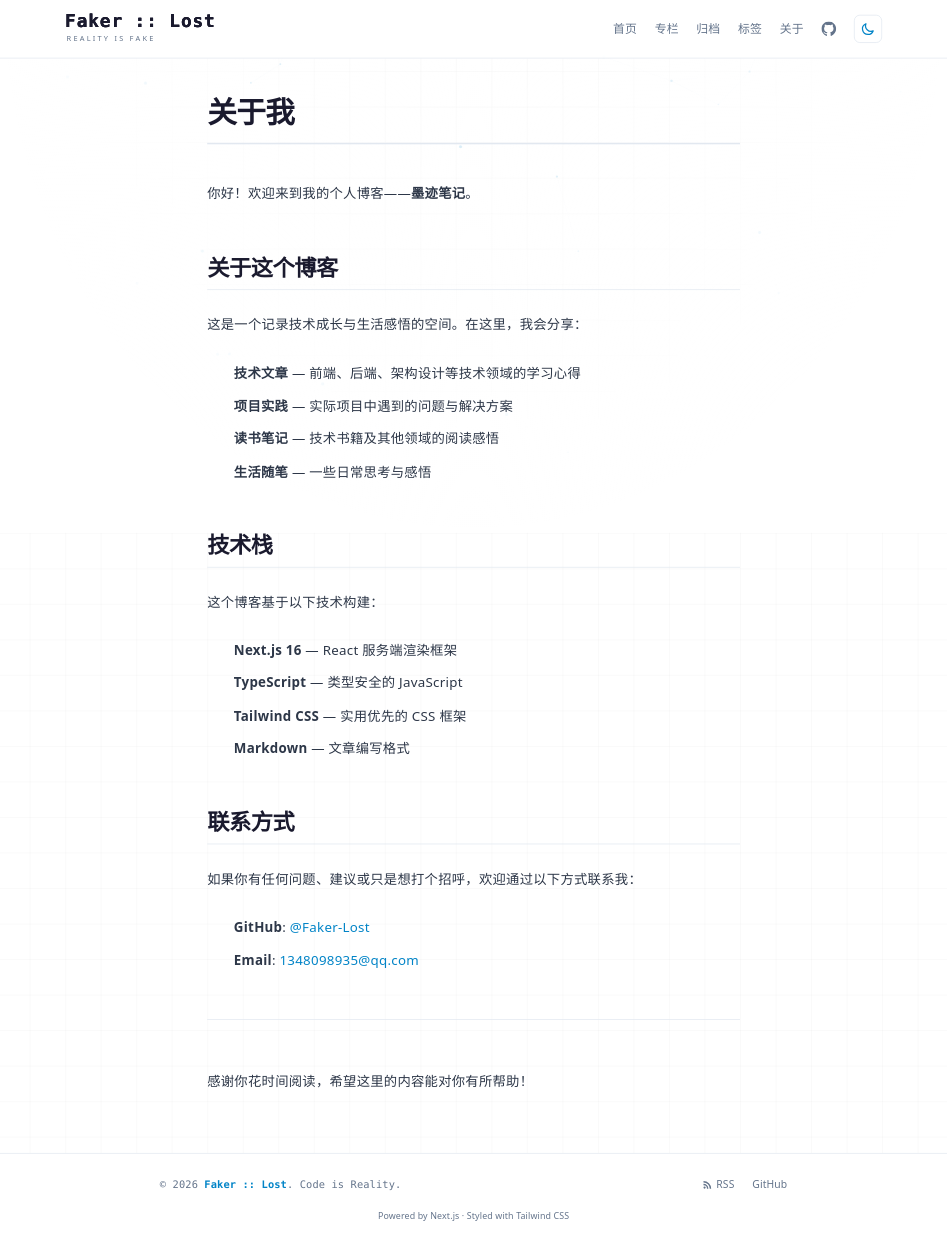
Repository: Faker-Lost/my-blog
Page: /about
These files come from the project's save history. The page is drawn as it stood at one moment and after the next save; the edit follows.
The browser window is 1280 px wide. The pictures show the whole page, at 74% of full size.
The project was rebuilt for these pictures with package versions that can differ from the ones it lists, and the page was loaded fresh each time. The framework's server and built-in components were replaced by stand-ins that run in the browser. Also part of the build but not shown: next.config.ts.

Above is the page before, as saved 2026-02-10 15:21:52.

### app/layout.tsx
import type { Metadata } from "next";
import { Inter } from "next/font/google";
import Header from "@/components/Header";
import Footer from "@/components/Footer";
import ParticleBackground from "@/components/ParticleBackground";
import { SpeedInsights } from "@vercel/speed-insights/next";
import "./globals.css";

// 使用 Inter 字体 —— 现代、清晰、跨平台一致
const inter = Inter({
  subsets: ['latin'],
  variable: '--font-inter',
  display: 'swap',
});

export const metadata: Metadata = {
  title: {
    default: "Faker :: Lost",
    template: "%s | Faker :: Lost",
  },
  description: "Code is Reality. Reality is Fake. 技术探索与迷失记录。",
  keywords: ["Faker-Lost", "博客", "技术", "C++", "Qt", "OpenCV"],
  authors: [{ name: "Faker-Lost" }],
  openGraph: {
    type: "website",
    locale: "zh_CN",
    siteName: "Faker :: Lost",
  },
  verification: {
    other: {
      "baidu-site-verification": "codeva-wALds0TuPo",
    },
  },
};

export default function RootLayout({
  children,
}: Readonly<{
  children: React.ReactNode;
}>) {
  return (
    <html lang="zh-CN" suppressHydrationWarning>
      <head>
        {/* 防止 FOUC - 提前应用主题 */}
        <script
          dangerouslySetInnerHTML={{
            __html: `
              (function() {
                try {
                  var darkMode = localStorage.getItem('darkMode');
                  if (darkMode === 'true' || (!darkMode && window.matchMedia('(prefers-color-scheme: dark)').matches)) {
                    document.documentElement.classList.add('dark');
                  }
                } catch (e) {}
              })();
            `,
          }}
        />
      </head>
      <body className={`${inter.variable} min-h-screen flex flex-col relative antialiased`}>
        <ParticleBackground />
        <Header />
        <main className="flex-1">
          {children}
        </main>
        <Footer />
        <SpeedInsights />
      </body>
    </html>
  );
}

### app/about/page.tsx
import { Metadata } from 'next';

export const metadata: Metadata = {
  title: '关于',
  description: '了解更多关于我和这个博客的信息',
};

export default function AboutPage() {
  return (
    <div className="max-w-3xl mx-auto px-6 py-12 page-transition">
      <article className="prose">
        <h1>关于我</h1>

        <p>
          你好！欢迎来到我的个人博客——<strong>墨迹笔记</strong>。
        </p>

        <h2>关于这个博客</h2>

        <p>
          这是一个记录技术成长与生活感悟的空间。在这里，我会分享：
        </p>

        <ul>
          <li><strong>技术文章</strong> — 前端、后端、架构设计等技术领域的学习心得</li>
          <li><strong>项目实践</strong> — 实际项目中遇到的问题与解决方案</li>
          <li><strong>读书笔记</strong> — 技术书籍及其他领域的阅读感悟</li>
          <li><strong>生活随笔</strong> — 一些日常思考与感悟</li>
        </ul>

        <h2>技术栈</h2>

        <p>
          这个博客基于以下技术构建：
        </p>

        <ul>
          <li><strong>Next.js 16</strong> — React 服务端渲染框架</li>
          <li><strong>TypeScript</strong> — 类型安全的 JavaScript</li>
          <li><strong>Tailwind CSS</strong> — 实用优先的 CSS 框架</li>
          <li><strong>Markdown</strong> — 文章编写格式</li>
        </ul>

        <h2>联系方式</h2>

        <p>
          如果你有任何问题、建议或只是想打个招呼，欢迎通过以下方式联系我：
        </p>

        <ul>
          <li>
            <strong>GitHub</strong>:{' '}
            <a href="https://github.com/Faker-Lost" target="_blank" rel="noopener noreferrer">
              @Faker-Lost
            </a>
          </li>
          <li>
            <strong>Email</strong>: <a href="mailto:1348098935@qq.com">1348098935@qq.com</a>
          </li>
        </ul>

        <hr />

        <p>
          感谢你花时间阅读，希望这里的内容能对你有所帮助！
        </p>
      </article>
    </div>
  );
}

### components/Header.tsx
import Link from 'next/link';
import ThemeToggle from './ThemeToggle';
import GlitchText from './GlitchText';

export default function Header() {
  return (
    <header className="sticky top-0 z-50 border-b border-[var(--border)] bg-[var(--header-bg)] backdrop-blur-md supports-[backdrop-filter]:bg-opacity-60 transition-all duration-300">
      <div className="max-w-6xl mx-auto px-6 py-4 flex items-center justify-between">
        {/* Logo / 站点名称 */}
        <Link href="/" className="group flex flex-col items-start gap-1">
          <span
            className="text-2xl font-bold tracking-tighter text-[var(--foreground)]
                       group-hover:text-[var(--accent)] transition-colors leading-none font-mono"
          >
            <GlitchText text="Faker :: Lost" />
          </span>
          <span className="text-[10px] uppercase tracking-[0.3em] text-[var(--muted)] pl-0.5">
            REALITY IS FAKE
          </span>
        </Link>

        {/* 导航 */}
        <nav className="flex items-center gap-5 sm:gap-6">
          <Link
            href="/"
            className="text-[var(--muted)] hover:text-[var(--foreground)] transition-colors"
          >
            首页
          </Link>
          <Link
            href="/series"
            className="text-[var(--muted)] hover:text-[var(--foreground)] transition-colors"
          >
            专栏
          </Link>
          <Link
            href="/archive"
            className="text-[var(--muted)] hover:text-[var(--foreground)] transition-colors"
          >
            归档
          </Link>
          <Link
            href="/tags"
            className="text-[var(--muted)] hover:text-[var(--foreground)] transition-colors"
          >
            标签
          </Link>
          <Link
            href="/about"
            className="text-[var(--muted)] hover:text-[var(--foreground)] transition-colors"
          >
            关于
          </Link>
          <a
            href="https://github.com/Faker-Lost"
            target="_blank"
            rel="noopener noreferrer"
            className="text-[var(--muted)] hover:text-[var(--foreground)] transition-colors"
            aria-label="GitHub"
          >
            <svg className="w-5 h-5" fill="currentColor" viewBox="0 0 24 24">
              <path d="M12 0c-6.626 0-12 5.373-12 12 0 5.302 3.438 9.8 8.207 11.387.599.111.793-.261.793-.577v-2.234c-3.338.726-4.033-1.416-4.033-1.416-.546-1.387-1.333-1.756-1.333-1.756-1.089-.745.083-.729.083-.729 1.205.084 1.839 1.237 1.839 1.237 1.07 1.834 2.807 1.304 3.492.997.107-.775.418-1.305.762-1.604-2.665-.305-5.467-1.334-5.467-5.931 0-1.311.469-2.381 1.236-3.221-.124-.303-.535-1.524.117-3.176 0 0 1.008-.322 3.301 1.23.957-.266 1.983-.399 3.003-.404 1.02.005 2.047.138 3.006.404 2.291-1.552 3.297-1.23 3.297-1.23.653 1.653.242 2.874.118 3.176.77.84 1.235 1.911 1.235 3.221 0 4.609-2.807 5.624-5.479 5.921.43.372.823 1.102.823 2.222v3.293c0 .319.192.694.801.576 4.765-1.589 8.199-6.086 8.199-11.386 0-6.627-5.373-12-12-12z" />
            </svg>
          </a>
          <ThemeToggle />
        </nav>
      </div>
    </header>
  );
}

### components/Footer.tsx
import Link from 'next/link';

export default function Footer() {
  const currentYear = new Date().getFullYear();

  return (
    <footer className="border-t border-[var(--border)] bg-[var(--background)] mt-auto">
      <div className="max-w-4xl mx-auto px-6 py-8">
        <div className="flex flex-col md:flex-row items-center justify-between gap-4">
          {/* 版权信息 */}
          <p className="text-sm font-mono text-[var(--muted)]">
            © {currentYear} <span className="font-bold text-[var(--accent)]">Faker :: Lost</span>. Code is Reality.
          </p>

          {/* 链接 */}
          <div className="flex items-center gap-6 text-sm">
            <Link
              href="/rss.xml"
              className="text-[var(--muted)] hover:text-[var(--accent)] transition-colors flex items-center gap-1"
            >
              <svg className="w-4 h-4" fill="currentColor" viewBox="0 0 24 24">
                <path d="M6.18 15.64a2.18 2.18 0 0 1 2.18 2.18C8.36 19 7.38 20 6.18 20C5 20 4 19 4 17.82a2.18 2.18 0 0 1 2.18-2.18M4 4.44A15.56 15.56 0 0 1 19.56 20h-2.83A12.73 12.73 0 0 0 4 7.27V4.44m0 5.66a9.9 9.9 0 0 1 9.9 9.9h-2.83A7.07 7.07 0 0 0 4 12.93V10.1z" />
              </svg>
              RSS
            </Link>
            <a
              href="https://github.com/Faker-Lost"
              target="_blank"
              rel="noopener noreferrer"
              className="text-[var(--muted)] hover:text-[var(--accent)] transition-colors"
            >
              GitHub
            </a>
          </div>
        </div>

        {/* 技术栈标识 */}
        <p className="text-center text-xs text-[var(--muted)] mt-6">
          Powered by Next.js · Styled with Tailwind CSS
        </p>
      </div>
    </footer>
  );
}

### components/ParticleBackground.tsx
'use client';

import { useEffect, useRef, useState } from 'react';

export default function ParticleBackground() {
  const canvasRef = useRef<HTMLCanvasElement>(null);
  const [isMobile, setIsMobile] = useState(false);

  useEffect(() => {
    // 检测移动设备或小屏幕
    const checkMobile = () => {
      setIsMobile(window.innerWidth < 768 || 'ontouchstart' in window);
    };
    checkMobile();
    window.addEventListener('resize', checkMobile);
    return () => window.removeEventListener('resize', checkMobile);
  }, []);

  useEffect(() => {
    // 移动端不渲染粒子，节省性能
    if (isMobile) return;

    const canvas = canvasRef.current;
    if (!canvas) return;

    const ctx = canvas.getContext('2d');
    if (!ctx) return;

    let animationFrameId: number;
    let particles: Particle[] = [];
    const particleCount = 45;
    const connectionDistance = 140;
    const mouseDistance = 180;

    let width = window.innerWidth;
    let height = window.innerHeight;

    const mouse = { x: -1000, y: -1000 };

    const handleMouseMove = (e: MouseEvent) => {
      mouse.x = e.clientX;
      mouse.y = e.clientY;
    };

    const handleResize = () => {
      width = window.innerWidth;
      height = window.innerHeight;
      canvas.width = width;
      canvas.height = height;
      initParticles();
    };

    class Particle {
      x: number;
      y: number;
      vx: number;
      vy: number;
      size: number;

      constructor() {
        this.x = Math.random() * width;
        this.y = Math.random() * height;
        this.vx = (Math.random() - 0.5) * 0.4;
        this.vy = (Math.random() - 0.5) * 0.4;
        this.size = Math.random() * 1.5 + 0.8;
      }

      update() {
        this.x += this.vx;
        this.y += this.vy;

        if (this.x < 0 || this.x > width) this.vx *= -1;
        if (this.y < 0 || this.y > height) this.vy *= -1;

        const dx = mouse.x - this.x;
        const dy = mouse.y - this.y;
        const distance = Math.sqrt(dx * dx + dy * dy);

        if (distance < mouseDistance) {
          const forceDirectionX = dx / distance;
          const forceDirectionY = dy / distance;
          const force = (mouseDistance - distance) / mouseDistance;
          this.vx += forceDirectionX * force * 0.03;
          this.vy += forceDirectionY * force * 0.03;
        }

        // 限制最大速度
        const maxSpeed = 1.2;
        const speed = Math.sqrt(this.vx * this.vx + this.vy * this.vy);
        if (speed > maxSpeed) {
          this.vx = (this.vx / speed) * maxSpeed;
          this.vy = (this.vy / speed) * maxSpeed;
        }
      }

      draw() {
        if (!ctx) return;
        ctx.beginPath();
        ctx.arc(this.x, this.y, this.size, 0, Math.PI * 2);
        const isDark = document.documentElement.classList.contains('dark');
        ctx.fillStyle = isDark ? 'rgba(34, 211, 238, 0.6)' : 'rgba(2, 132, 199, 0.4)';
        ctx.fill();
      }
    }

    const initParticles = () => {
      particles = [];
      for (let i = 0; i < particleCount; i++) {
        particles.push(new Particle());
      }
    };

    const animate = () => {
      if (!ctx) return;
      ctx.clearRect(0, 0, width, height);

      const isDark = document.documentElement.classList.contains('dark');
      const lineColor = isDark ? '34, 211, 238' : '2, 132, 199';

      particles.forEach((particle, index) => {
        particle.update();
        particle.draw();

        // 粒子间连线
        for (let j = index + 1; j < particles.length; j++) {
          const dx = particle.x - particles[j].x;
          const dy = particle.y - particles[j].y;
          const distance = Math.sqrt(dx * dx + dy * dy);

          if (distance < connectionDistance) {
            ctx.beginPath();
            const opacity = 1 - distance / connectionDistance;
            ctx.strokeStyle = `rgba(${lineColor}, ${opacity * 0.15})`;
            ctx.lineWidth = 0.8;
            ctx.moveTo(particle.x, particle.y);
            ctx.lineTo(particles[j].x, particles[j].y);
            ctx.stroke();
          }
        }

        // 与鼠标连线
        const dx = particle.x - mouse.x;
        const dy = particle.y - mouse.y;
        const distance = Math.sqrt(dx * dx + dy * dy);
        if (distance < mouseDistance) {
          ctx.beginPath();
          const opacity = 1 - distance / mouseDistance;
          ctx.strokeStyle = `rgba(${lineColor}, ${opacity * 0.25})`;
          ctx.lineWidth = 0.8;
          ctx.moveTo(particle.x, particle.y);
          ctx.lineTo(mouse.x, mouse.y);
          ctx.stroke();
        }
      });

      animationFrameId = requestAnimationFrame(animate);
    };

    canvas.width = width;
    canvas.height = height;
    initParticles();
    animate();

    window.addEventListener('resize', handleResize);
    window.addEventListener('mousemove', handleMouseMove);

    return () => {
      cancelAnimationFrame(animationFrameId);
      window.removeEventListener('resize', handleResize);
      window.removeEventListener('mousemove', handleMouseMove);
    };
  }, [isMobile]);

  // 移动端不渲染 canvas
  if (isMobile) return null;

  return (
    <canvas
      ref={canvasRef}
      className="fixed top-0 left-0 w-full h-full pointer-events-none -z-10 opacity-50"
    />
  );
}

### components/ThemeToggle.tsx
'use client';

import { useEffect, useState } from 'react';

export default function ThemeToggle() {
  const [darkMode, setDarkMode] = useState(false);
  const [mounted, setMounted] = useState(false);

  useEffect(() => {
    setMounted(true);
    // 检查本地存储或系统偏好
    const stored = localStorage.getItem('darkMode');
    if (stored !== null) {
      setDarkMode(stored === 'true');
    } else {
      setDarkMode(window.matchMedia('(prefers-color-scheme: dark)').matches);
    }
  }, []);

  useEffect(() => {
    if (mounted) {
      if (darkMode) {
        document.documentElement.classList.add('dark');
      } else {
        document.documentElement.classList.remove('dark');
      }
      localStorage.setItem('darkMode', String(darkMode));
    }
  }, [darkMode, mounted]);

  // 防止 hydration 不匹配
  if (!mounted) {
    return (
      <button
        className="p-2 rounded-lg bg-[var(--card)] border border-[var(--border)]"
        aria-label="切换主题"
      >
        <span className="w-5 h-5 block" />
      </button>
    );
  }

  return (
    <button
      onClick={() => setDarkMode(!darkMode)}
      className="p-2 rounded-lg bg-[var(--card)] border border-[var(--border)]
                 hover:border-[var(--accent)] transition-colors"
      aria-label={darkMode ? '切换到浅色模式' : '切换到暗黑模式'}
    >
      {darkMode ? (
        // 太阳图标
        <svg
          className="w-5 h-5 text-[var(--accent)]"
          fill="none"
          stroke="currentColor"
          viewBox="0 0 24 24"
        >
          <path
            strokeLinecap="round"
            strokeLinejoin="round"
            strokeWidth={2}
            d="M12 3v1m0 16v1m9-9h-1M4 12H3m15.364 6.364l-.707-.707M6.343 6.343l-.707-.707m12.728 0l-.707.707M6.343 17.657l-.707.707M16 12a4 4 0 11-8 0 4 4 0 018 0z"
          />
        </svg>
      ) : (
        // 月亮图标
        <svg
          className="w-5 h-5 text-[var(--accent)]"
          fill="none"
          stroke="currentColor"
          viewBox="0 0 24 24"
        >
          <path
            strokeLinecap="round"
            strokeLinejoin="round"
            strokeWidth={2}
            d="M20.354 15.354A9 9 0 018.646 3.646 9.003 9.003 0 0012 21a9.003 9.003 0 008.354-5.646z"
          />
        </svg>
      )}
    </button>
  );
}

### components/GlitchText.tsx
import React from 'react';

interface GlitchTextProps {
  text: string;
  className?: string; // Allow additional styling
}

export default function GlitchText({ text, className = '' }: GlitchTextProps) {
  return (
    <div className={`glitch-wrapper ${className}`}>
      <div
        className="glitch relative font-bold tracking-wider"
        data-text={text}
      >
        {text}
      </div>
    </div>
  );
}

Loaded but not shown: app/globals.css (481 lines, source omitted)

After the next save:
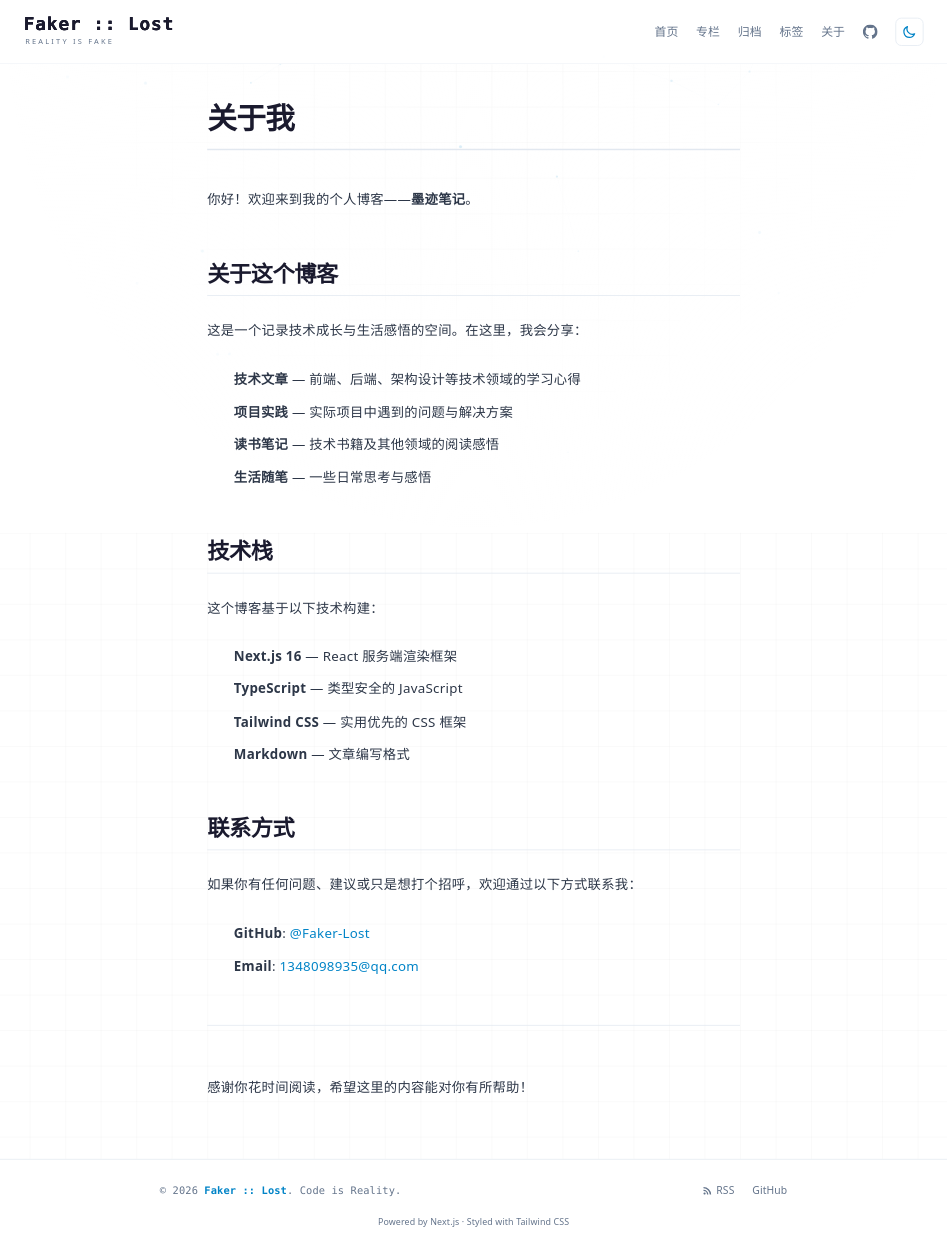
Saved 13 s later.
--- a/components/Header.tsx
+++ b/components/Header.tsx
@@ -4,8 +4,8 @@ import GlitchText from './GlitchText';
 
 export default function Header() {
   return (
-    <header className="sticky top-0 z-50 border-b border-[var(--border)] bg-[var(--header-bg)] backdrop-blur-md supports-[backdrop-filter]:bg-opacity-60 transition-all duration-300">
-      <div className="max-w-6xl mx-auto px-6 py-4 flex items-center justify-between">
+    <header className="sticky top-0 z-50 border-b border-[var(--border)] bg-[var(--header-bg)] backdrop-blur-xl supports-[backdrop-filter]:bg-opacity-60 transition-all duration-300">
+      <div className="max-w-7xl mx-auto px-8 py-5 flex items-center justify-between">
         {/* Logo / 站点名称 */}
         <Link href="/" className="group flex flex-col items-start gap-1">
           <span
